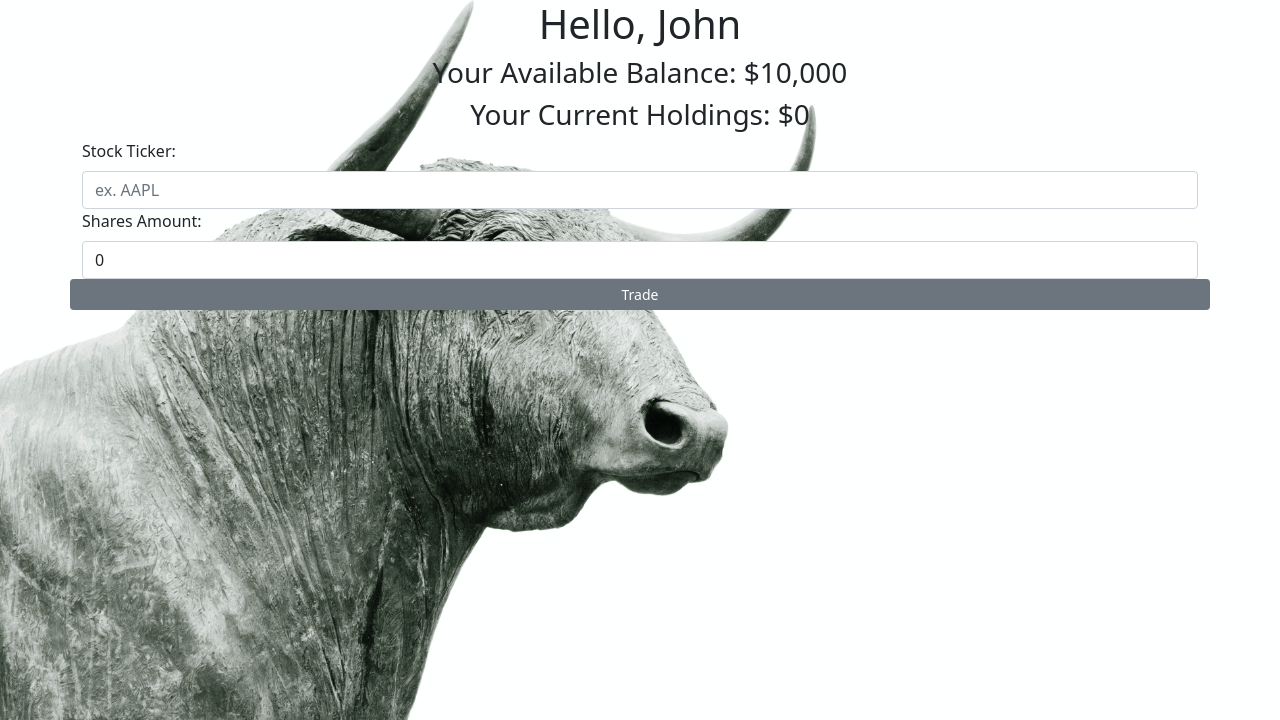
Repository: jmokate/stock-trading-app
Page: /
An editor plug-in stored every save of this project. The page is shown before and after a run of saves, followed by the edit.
The browser window is 1280 px wide. The pictures show the whole page.
The project was rebuilt for these pictures with package versions that can differ from the ones it lists, and the page was loaded fresh each time. Also part of the build but not shown: src/Signup.js, src/Login.js, src/SplashPage.js.

Above is the page before, as saved 2021-09-18 19:45:45.

### src/App.js
import './App.css';
import SplashPage from './SplashPage.js';
import Dashboard from './Dashboard.js'

function App() {
  return (
    <div>
      <Dashboard />
      {/* <SplashPage /> */}
    </div>
  );
}

export default App;

### src/App.css
body {
	background: url("./images/bull.jpg");
	background-position: center center;
	background-repeat: no-repeat;
	background-attachment: fixed;
	background-size: cover;
}

/* .landing-text {
	text-align: center;
	margin-left: 500px;
} */

/* .img-size {
	max-width: 100%;
	max-height: 100%;
} */
/* figcaption {
	position: absolute;
	bottom: 10rem;
	margin: 0 2rem;
} */
.welcome-div {
	padding-top: 20rem;
}

### src/Dashboard.js
import React, {useState} from "react";
import './App.css';
import 'bootstrap/dist/css/bootstrap.min.css';
import {Container, Row, Button, Form, Table} from "react-bootstrap";

function Dashboard() {

  const [userInput, setUserInput] = useState({ticker: "", amount: 0})
  const [buy, setBuy] = useState([])

  const handleUserInput = (event) => {
    const {name, value} = event.target;
    setUserInput(prevInputData => ({...prevInputData, [name]: value}))
  }
  const buyStock = (event) => {
    event.preventDefault();
    setBuy(prevBuy => [...prevBuy, userInput])}

    const stocks = buy.map(stock => <Table striped bordered hover size="sm" variant="dark">
      <thead>
        <tr>
          <th>Ticker</th>
          <th>Shares</th>
        </tr>
      </thead>
      <tbody>
        <tr>
          <td>{stock.ticker}</td>
          <td>{stock.amount}</td>
        </tr>
      </tbody>
    </Table> )

  //click Buy button
  //enter ticker name
  //hit enter
  //stock appears below


  return (
    <Container className="user-info">
      <Row>
        <h1 className="text-center">Hello, John</h1>
        <h3 className="text-center">Your Available Balance: $10,000</h3>
        <h3 className="text-center">Your Current Holdings: $0</h3>
        <Form.Group onSubmit={buyStock}>
          <Form.Label>
            Stock Ticker:
          </Form.Label>
          <Form.Control type="text" placeholder="ex. AAPL" name="ticker" value={userInput.ticker} onChange={handleUserInput}></Form.Control>
          <Form.Label>
            Shares Amount:
          </Form.Label>
          <Form.Control type="number" placeholder="ex. 1" name="amount" value={userInput.amount} onChange={handleUserInput}></Form.Control>
        </Form.Group>
      </Row>
      <Row>
        <Button variant="secondary" size="sm" onClick={buyStock}>Trade</Button>
      </Row>
      {stocks}

    </Container>
  )
}

export default Dashboard;

Loaded but not shown: public/index.html (common file); src/index.js (common file); src/index.css (common file); src/reportWebVitals.js (common file)

After the next 3 saves:
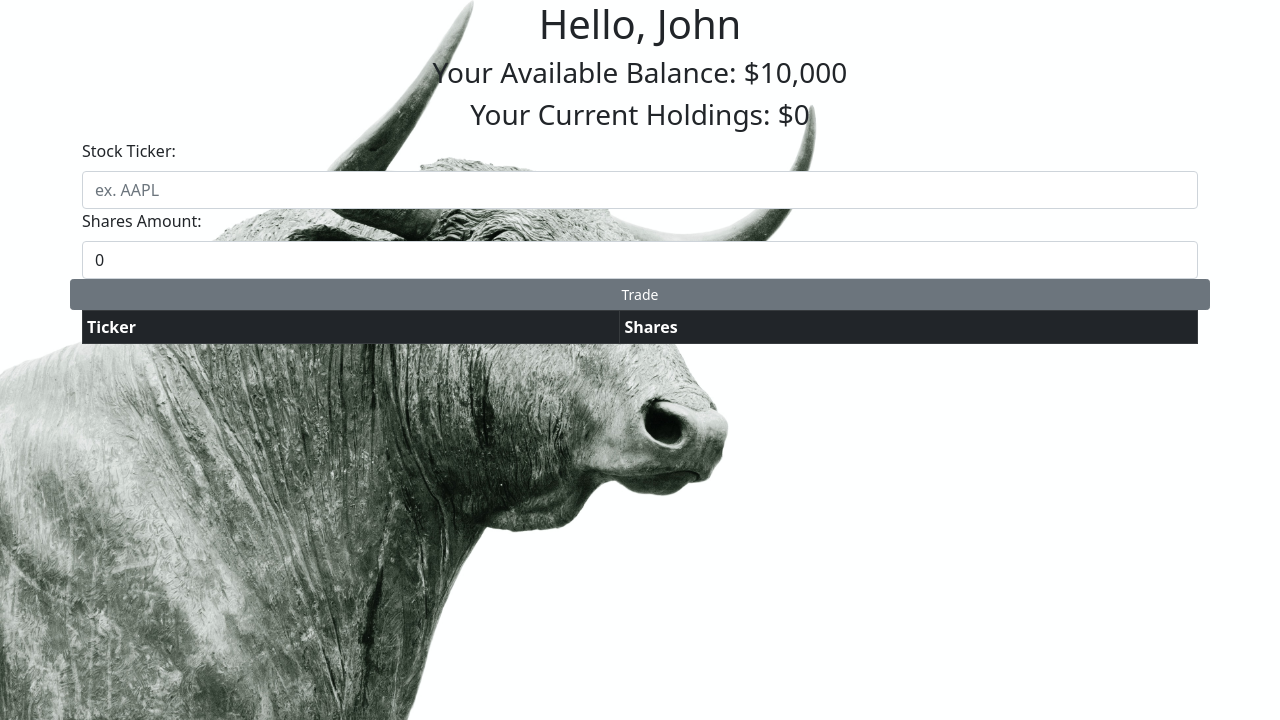
The 3 saves are shown as one change because 2 did not build or start.
The last was saved 61 min 52 s later.
--- a/src/Dashboard.js
+++ b/src/Dashboard.js
@@ -16,20 +16,10 @@
     event.preventDefault();
     setBuy(prevBuy => [...prevBuy, userInput])}
 
-    const stocks = buy.map(stock => <Table striped bordered hover size="sm" variant="dark">
-      <thead>
-        <tr>
-          <th>Ticker</th>
-          <th>Shares</th>
-        </tr>
-      </thead>
-      <tbody>
-        <tr>
-          <td>{stock.ticker}</td>
-          <td>{stock.amount}</td>
-        </tr>
-      </tbody>
-    </Table> )
+    const stocks = buy.map(stock => <tr>
+      <td>{stock.ticker}</td>
+      <td>{stock.amount}</td>
+    </tr>  )
 
   //click Buy button
   //enter ticker name
@@ -58,6 +48,17 @@
         <Button variant="secondary" size="sm" onClick={buyStock}>Trade</Button>
       </Row>
       {stocks}
+      <Table striped bordered hover size="sm" variant="dark">
+      <thead>
+        <tr>
+          <th>Ticker</th>
+          <th>Shares</th>
+        </tr>
+      </thead>
+      <tbody>
+        {stocks}
+      </tbody>
+    </Table>
 
     </Container>
   )
